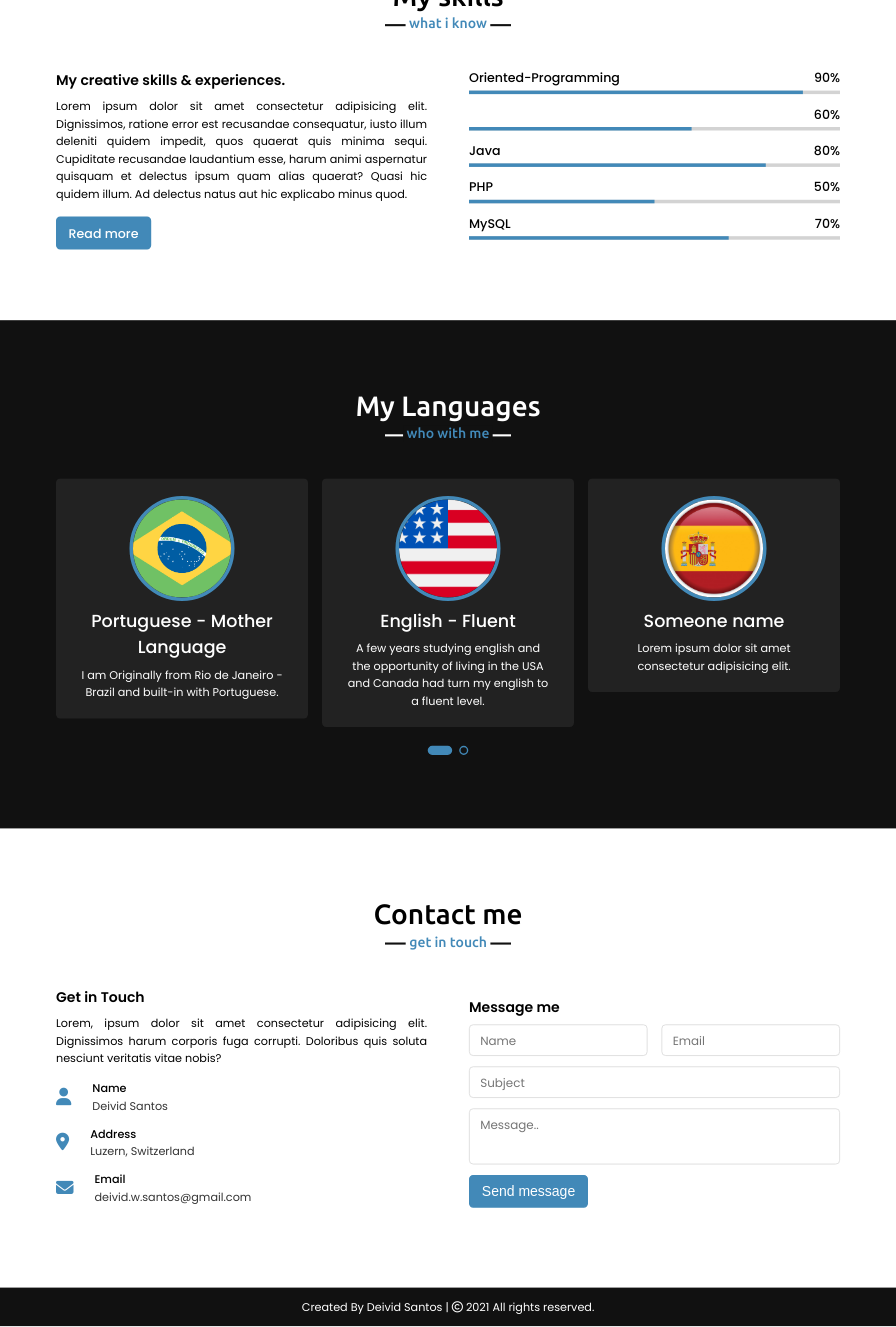
Repository: deividwsantoss/portfolio
Page: index.html
These files come from the project's save history. The page is drawn as it stood at one moment and after the next save; the edit follows.
The browser window is 1280 px wide. The pictures show the part of the page from y = 2228 to 4148 px (the page is 4123 px tall before and 4148 px after), at 70% of full size.
Some web libraries are served in a nearby version.

Above is the page before, as saved 2021-03-02 09:18:34.

### index.html
<!DOCTYPE html>
<html lang="en">
    <head>
        <meta charset="UTF-8">
        <meta name="viewport" content="width=device-width, initial-scale=1.0">
       <title>Deivid Santos Portfolio</title>
        <link rel="stylesheet" href="/Content/style.css">
        <script src="https://kit.fontawesome.com/a076d05399.js"></script>
        <script  src="https://code.jquery.com/jquery-3.5.1.min.js"></script>
        <script src="https://cdnjs.cloudflare.com/ajax/libs/typed.js/2.0.11/typed.min.js"></script>
        <script src="https://cdnjs.cloudflare.com/ajax/libs/waypoints/4.0.1/jquery.waypoints.min.js"></script>
        <script src="https://cdnjs.cloudflare.com/ajax/libs/OwlCarousel2/2.3.4/owl.carousel.min.js"></script>
        <link rel="stylesheet" href="https://cdnjs.cloudflare.com/ajax/libs/OwlCarousel2/2.3.4/assets/owl.carousel.min.css"/>
    </head>
<body>
    <nav class="navbar">
        <div class="max-width">
            <div class="logo"><a href="#">Portifo<span>lio.</span></a></div>
            <ul class="menu">
                <li><a href="#home" class="menu-btn">Home</a></li>
                <li><a href="#about" class="menu-btn">About</a></li>
                <li><a href="#services" class="menu-btn">Services</a></li>
                <li><a href="#skills" class="menu-btn">Skills</a></li>
                <li><a href="#teams" class="menu-btn">Teams</a></li>
                <li><a href="#contact" class="menu-btn">Contact</a></li>
            </ul>
            <div class="menu-btn">
                <i class="fas fa-bars"></i>
            </div>
        </div>
    </nav>

    <!-- Home Section Start -->
    <section class="home" id="home">
        <div class="max-width">
            <div class="home-content">
                <div class="text-1">Hello, my name is </div>
                <div class="text-2">Deivid Santos</div>
                <div class="text-3">And I'm a  <span class="typing"></span></div>
            </div>
        </div>
    </section>
<!-- about section start -->
<section class="about" id="about">
    <div class="max-width">
        <h2 class="title">About me</h2>
        <div class="about-content">
            <div class="column left">
                <img src="images/profile-1.jpeg" alt="">
            </div>
            <div class="column right">
                <div class="text">I'm Deivid and I'm a <span class="typing-2"></span></div>
                <p>Lorem ipsum dolor sit amet consectetur adipisicing elit. Quasi ut voluptatum eveniet doloremque autem excepturi eaque, sit laboriosam voluptatem nisi delectus. Facere explicabo hic minus accusamus alias fuga nihil dolorum quae. Explicabo illo unde, odio consequatur ipsam possimus veritatis, placeat, ab molestiae velit inventore exercitationem consequuntur blanditiis omnis beatae. Dolor iste excepturi ratione soluta quas culpa voluptatum repudiandae harum non.</p>
                <a href="#">Download CV</a>
            </div>
        </div>
    </div>
</section>
  <!-- services section start -->
  <section class="services" id="services">
    <div class="max-width">
        <h2 class="title">My services</h2>
        <div class="serv-content">
            <div class="card">
                <div class="box">
                    <i class="fas fa-paint-brush"></i>
                    <div class="text">Software Development</div>
                    <p>With good knowledge in Oriented-Object Programing, solutions-oriented professional, I am passionate about all the Software Development Life Cycle, from extensive analysis and design though execution and maintenance. </p>
                </div>
            </div>
            <div class="card">
                <div class="box">
                    <i class="fas fa-chart-line"></i>
                    <div class="text">Test Engineer</div>
                    <p>Experienced with software testing and quality assurance, with excellent analytical and diversified experience in manual and automated testing of web-based and client/server application.  </p>
                </div>
            </div>
            <div class="card">
                <div class="box">
                    <i class="fas fa-code"></i>
                    <div class="text">Software Engineer</div>
                    <p>Seasoned, foward-looking, with +4 years' background in creating and executing innovative software solutions to enhance business productivity.</p>
                </div>
            </div>
           </div>
        </div>
    </div>
</section>

<!-- skills section start -->
<section class="skills" id="skills">
    <div class="max-width">
        <h2 class="title">My skills</h2>
        <div class="skills-content">
            <div class="column left">
                <div class="text">My creative skills & experiences.</div>
                <p>Lorem ipsum dolor sit amet consectetur adipisicing elit. Dignissimos, ratione error est recusandae consequatur, iusto illum deleniti quidem impedit, quos quaerat quis minima sequi. Cupiditate recusandae laudantium esse, harum animi aspernatur quisquam et delectus ipsum quam alias quaerat? Quasi hic quidem illum. Ad delectus natus aut hic explicabo minus quod.</p>
                <a href="#">Read more</a>
            </div>
            <div class="column right">
                <div class="bars">
                    <div class="info">
                        <span>Oriented-Programming</span>
                        <span>90%</span>
                    </div>
                    <div class="line html"></div>
                </div>
                <div class="bars">
                    <div class="info">
                        <span></span>
                        <span>60%</span>
                    </div>
                    <div class="line css"></div>
                </div>
                <div class="bars">
                    <div class="info">
                        <span>Java</span>
                        <span>80%</span>
                    </div>
                    <div class="line js"></div>
                </div>
                <div class="bars">
                    <div class="info">
                        <span>PHP</span>
                        <span>50%</span>
                    </div>
                    <div class="line php"></div>
                </div>
                <div class="bars">
                    <div class="info">
                        <span>MySQL</span>
                        <span>70%</span>
                    </div>
                    <div class="line mysql"></div>
                </div>
            </div>
        </div>
    </div>
</section>

<!-- speaking section start -->
<section class="teams" id="teams">
    <div class="max-width">
        <h2 class="title">My Languages</h2>
        <div class="carousel owl-carousel">
            <div class="card">
                <div class="box">
                    <img src="images/brazil.jpg" alt="">
                    <div class="text">Portuguese - Mother Language</div>
                    <p>I am Originally from Rio de Janeiro - Brazil and built-in with Portuguese.</p>
                </div>
            </div>
            <div class="card">
                <div class="box">
                    <img src="images/usa.png" alt="">
                    <div class="text">English - Fluent</div>
                    <p>A few years studying english and the opportunity of living in the USA and Canada had turn my english to a fluent level.  </p>
                </div>
            </div>
            <div class="card">
                <div class="box">
                    <img src="images/depositphotos_5100716-stock-illustration-spain-flag-icon.jpg" alt="">
                    <div class="text">Someone name</div>
                    <p>Lorem ipsum dolor sit amet consectetur adipisicing elit.</p>
                </div>
            </div>
            <div class="card">
                <div class="box">
                    <img src="images/germany.jpg" alt="">
                    <div class="text">Someone name</div>
                    <p>Lorem ipsum dolor sit amet consectetur adipisicing elit.</p>
                </div>
            </div>
            <div class="card">
                <div class="box">
                    <img src="images/switzerland.jpg" alt="">
                    <div class="text">Someone name</div>
                    <p>Lorem ipsum dolor sit amet consectetur adipisicing elit.</p>
                </div>
            </div>
        </div>
    </div>
</section>

<!-- contact section start -->
<section class="contact" id="contact">
    <div class="max-width">
        <h2 class="title">Contact me</h2>
        <div class="contact-content">
            <div class="column left">
                <div class="text">Get in Touch</div>
                <p>Lorem, ipsum dolor sit amet consectetur adipisicing elit. Dignissimos harum corporis fuga corrupti. Doloribus quis soluta nesciunt veritatis vitae nobis?</p>
                <div class="icons">
                    <div class="row">
                        <i class="fas fa-user"></i>
                        <div class="info">
                            <div class="head">Name</div>
                            <div class="sub-title">Deivid Santos</div>
                        </div>
                    </div>
                    <div class="row">
                        <i class="fas fa-map-marker-alt"></i>
                        <div class="info">
                            <div class="head">Address</div>
                            <div class="sub-title">Luzern, Switzerland</div>
                        </div>
                    </div>
                    <div class="row">
                        <i class="fas fa-envelope"></i>
                        <div class="info">
                            <div class="head">Email</div>
                            <div class="sub-title">deivid.w.santos@gmail.com</div>
                        </div>
                    </div>
                </div>
            </div>
            <div class="column right">
                <div class="text">Message me</div>
                <form action="#">
                    <div class="fields">
                        <div class="field name">
                            <input type="text" placeholder="Name" required>
                        </div>
                        <div class="field email">
                            <input type="email" placeholder="Email" required>
                        </div>
                    </div>
                    <div class="field">
                        <input type="text" placeholder="Subject" required>
                    </div>
                    <div class="field textarea">
                        <textarea cols="30" rows="10" placeholder="Message.." required></textarea>
                    </div>
                    <div class="button">
                        <button type="submit">Send message</button>
                    </div>
                </form>
            </div>
        </div>
    </div>
</section>

<!-- footer section start -->
<footer>
    <span>Created By Deivid Santos | <span class="far fa-copyright"></span> 2021 All rights reserved.</span>
</footer>

<script src="script.js"></script>
</body>
</html>
    <script src="/Scripts/script.js" type="text/javascript"></script>
</body>
</html>

Loaded but not shown: Scripts/script.js (72 lines, source omitted); Content/style.css (673 lines, source omitted)

After the next save:
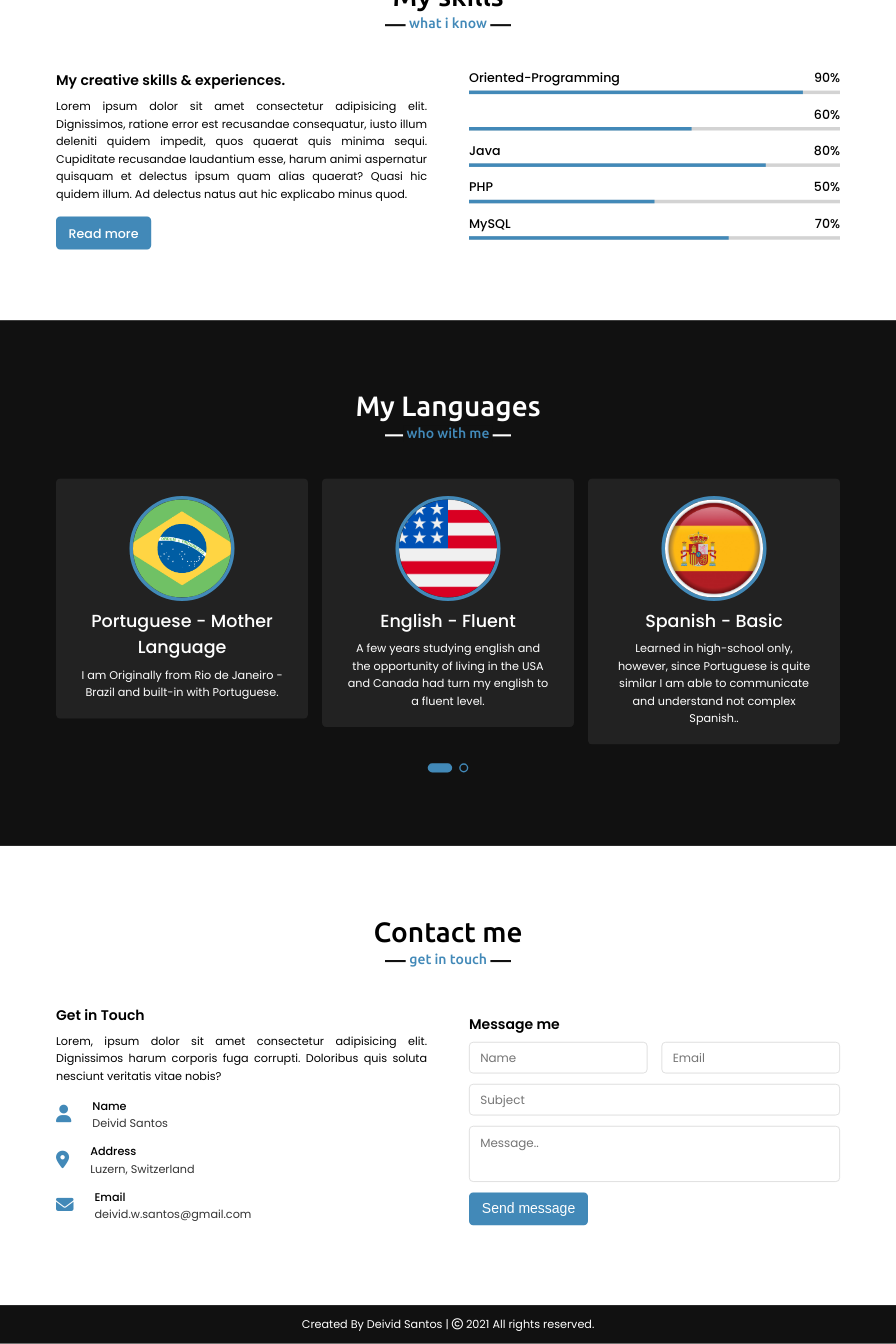
Saved 2 min 17 s later.
--- a/index.html
+++ b/index.html
@@ -160,14 +160,14 @@
             <div class="card">
                 <div class="box">
                     <img src="images/depositphotos_5100716-stock-illustration-spain-flag-icon.jpg" alt="">
-                    <div class="text">Someone name</div>
-                    <p>Lorem ipsum dolor sit amet consectetur adipisicing elit.</p>
+                    <div class="text">Spanish - Basic</div>
+                    <p>Learned in high-school only, however, since Portuguese is quite similar I am able to communicate and understand not complex Spanish..</p>
                 </div>
             </div>
             <div class="card">
                 <div class="box">
                     <img src="images/germany.jpg" alt="">
-                    <div class="text">Someone name</div>
+                    <div class="text">German - Basic</div>
                     <p>Lorem ipsum dolor sit amet consectetur adipisicing elit.</p>
                 </div>
             </div>
